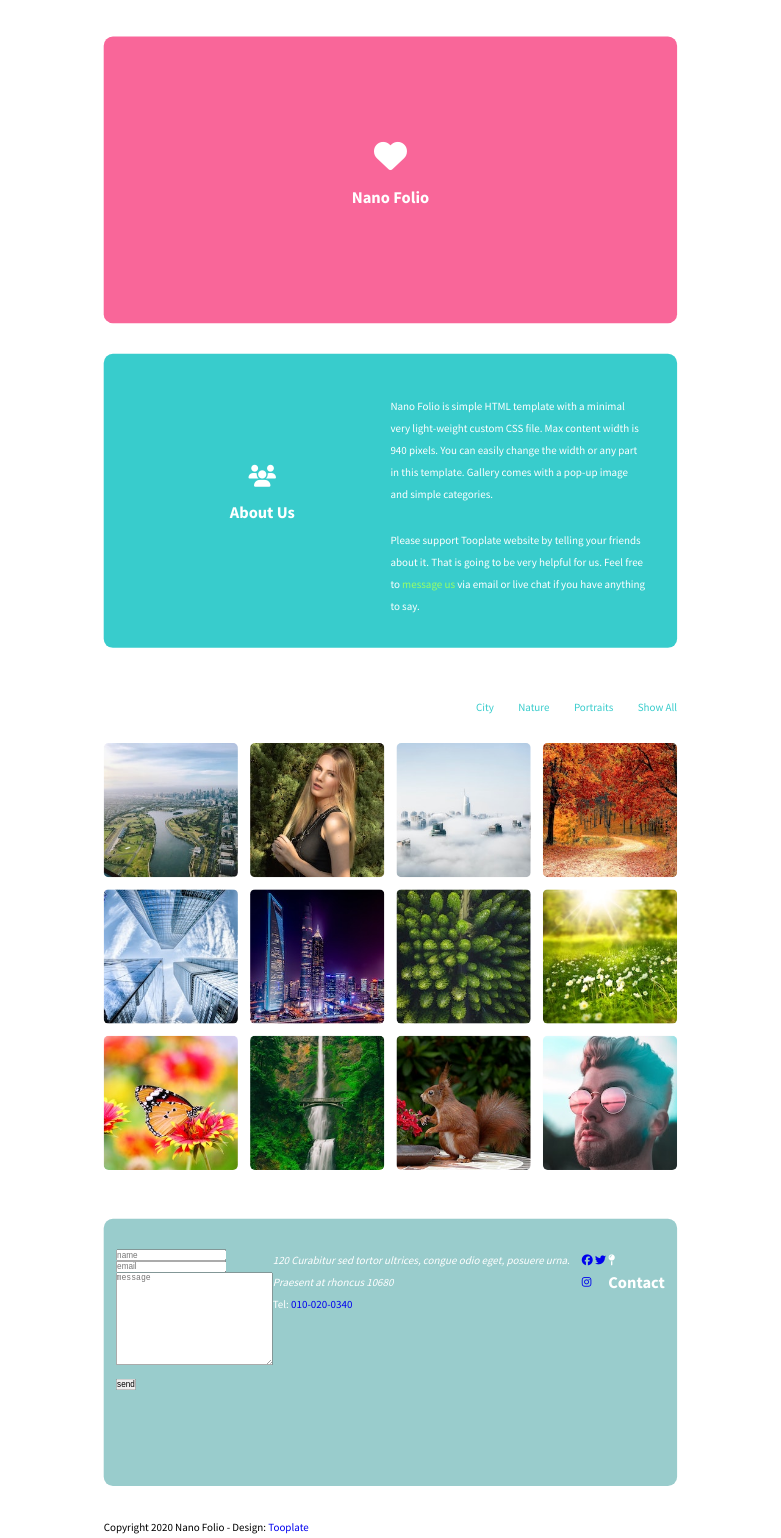
Repository: BuiVanVu102/Tooplate
Page: index.html
The author's editor kept a copy of each file at every save. The page is drawn from the files as they stood at one save, then again after the next save.
The browser window is 1280 px wide. The pictures show the whole page, at 61% of full size.
Some web libraries are served in a nearby version. The style sheet was rebuilt from its Sass, Less or Tailwind sources for each picture, by a compiler version that may differ from the author's.

Above is the page before, as saved 2021-11-16 16:31:02.

### index.html
<!DOCTYPE html>
<html lang="en">
<head>
	<meta charset="UTF-8">
	<meta http-equiv="X-UA-Compatible" content="IE=edge">
	<meta name="viewport" content="width=device-width, initial-scale=1.0">
	<link rel="preconnect" href="https://fonts.googleapis.com">
	<link rel="preconnect" href="https://fonts.gstatic.com" crossorigin>
	<link href="https://fonts.googleapis.com/css2?family=Source+Sans+Pro:wght@400;700&display=swap" rel="stylesheet">
	<link rel="stylesheet" href="./css/app.css">
	<title>Nano Folio - Live View</title>
</head>
<body>
		<div class="wrapper">
			<main>
				<section class="first">
					<div class="container">
						<div class="first__container">
							<i class="fas fa-heart fa-3x"></i>
							<h1 class="first__name">Nano Folio</h1>
						</div>
					</div>
				</section>
				<section class="about">
					<div class="container">
						<div class="about__container">
							<div class="about__heading">
								<i class="fas fa-users fa-2x"></i>
								<h2 class="about__name">
									About Us
								</h2>
							</div>
							<div class="about__desc">
								<p class="about__typography1">
									Nano Folio is simple HTML template with a minimal very light-weight custom CSS file. Max content width is 940 pixels. You can easily change the width or any part in this template. Gallery comes with a pop-up image and simple categories.
								</p>
								<p class="about__typography2">
									Please support Tooplate website by telling your friends about it. That is going to be very helpful for us. Feel free to <a rel="nofollow" href="https://www.tooplate.com/contact" target="_blank" style="color: #99FF66;">message us</a>  via email or live chat if you have anything to say.
								</p>
							</div>
						</div>
					</div>
				</section>
				<section class="show">
					<div class="container">
						<div class="show__container">
							<div class="show__header">
								<ul class="menu">
									<li class="menu__item"><a href="#!">City</a></li>
									<li class="menu__item"><a href="#!">Nature</a></li>
									<li class="menu__item"><a href="#!">Portraits</a></li>
									<li class="menu__item"><a href="#!">Show All</a></li>
								</ul>
							</div>
							<div class="show__list">
								<div class="show__img">
									<img src="./images/city-1.jpg" alt="">
								</div>
								<div class="show__img">
									<img src="./images/human-1.jpg" alt="">
								</div>
								<div class="show__img">
									<img src="./images/city-2.jpg" alt="">
								</div>
								<div class="show__img">
									<img src="./images/nature-1.jpg" alt="">
								</div>
								<div class="show__img">
									<img src="./images/city-3.jpg" alt="">
								</div>
								<div class="show__img">
									<img src="./images/city-4.jpg" alt="">
								</div>
								<div class="show__img">
									<img src="./images/nature-2.jpg" alt="">
								</div>
								<div class="show__img">
									<img src="./images/nature-3.jpg" alt="">
								</div>
								<div class="show__img">
									<img src="./images/nature-4.jpg" alt="">
								</div>
								<div class="show__img">
									<img src="./images/nature-5.jpg" alt="">
								</div>
								<div class="show__img">
									<img src="./images/nature-6.jpg" alt="">
								</div>
								<div class="show__img">
									<img src="./images/human-2.jpg" alt="">
								</div>

							</div>
						</div>
					</div>
				</section>
				<section class="form">
					<div class="container">
						<div class="form__container">
							<div class="form__submit">
								<input type="text" name="" id="" placeholder="name">
								<input type="email" name="" id="" placeholder="email">
								<textarea name="" id="" cols="30" rows="10" placeholder="message"></textarea>
								<button type="submit">send</button>
							</div>
							<div class="form__info">
								<address class="form__adress">120 Curabitur sed tortor ultrices, congue odio eget, posuere urna. Praesent at rhoncus 10680</address>
								<div class="form__phone">
									Tel: <a href="tel:0100200340">010-020-0340</a>
								</div>
							</div>
							<div class="form__network">
								<a href="https://facebook.com"><i class="fab fa-facebook"></i></a>
								<a href="https://twitter.com"><i class="fab fa-twitter"></i></a>
								<a href="https://instagram.com"><i class="fab fa-instagram"></i></a>

							</div>
							<div class="form__contact">
								<i class="fas fa-map-pin"></i>
								<h2 class="form__text">
									Contact
								</h2>
							</div>
						</div>
					</div>
				</section>
			</main>
			<footer class="footer">
				<div class="container">
					<div class="footer__container">

					Copyright 2020 Nano Folio - Design: <a rel="sponsored" href="https://www.tooplate.com">Tooplate</a>
					</div>
				</div>
			</footer>
		</div>
		<script src="https://kit.fontawesome.com/33b4a28a88.js" crossorigin="anonymous"></script>
</body>
</html>

### sass/app.scss
@import 'variable';
@import 'reset';
@import 'global';
@import 'first';
@import 'about';
@import 'show';
@import 'form';

### sass/_variable.scss
$font: 'Source Sans Pro', sans-serif;
$text-color: #ffff;
$title-color: #38cccc;

### sass/_reset.scss
html {
	box-sizing: border-box;
  }
  * {
	margin: 0;
	padding: 0;
  }
  *,
  *:before,
  *:after {
	box-sizing: border-box;
  }
  input,
  textarea,
  select,
  button {
	outline: none;
  }
  input {
	line-height: normal;
  }
  label,
  button {
	cursor: pointer;
  }
  a {
	text-decoration: none;
  }
  img {
	display: block;
	max-width: 100%;
  }

### sass/_global.scss
body {
	line-height: 2em;
	color: $font;
	font-size: 18px;
	font-family: $font;
	font-weight: 400;
	background-color: white;
	overflow-x: hidden;
}

.wrapper {
	max-width: 100%;
	margin: 0 auto;
}
.container {
	width: 100%;
	max-width: 970px;
	margin: 0 auto;
	padding: 0px 15px;
}

### sass/_first.scss
.first {
	margin-top: 60px;
	&__container{
		display: flex;
		flex-direction: column;
		justify-content: center;
		align-items: center;
		border-radius: 15px;
		max-width: 940px;
		height: 470px;
		background-color: #f96699;
		color: white;
		margin-bottom: 50px;

	}
	&__name {
		margin: 22px 0;
	}
}
.fa-hear:before {
	content: "\f004";
}

### sass/_about.scss
.about {
	margin-top: 0px;
	&__container {
		display: flex;
		justify-content: center;
		align-items: center;

		padding: 50px 50px;
		margin-bottom: 80px;

		height: 482px;
		max-width: 940px;
		background-color: #38cccc;
		color: white;

		border-radius: 15px;
	}
	&__heading {
		display: flex;
		flex-direction: column;
		align-items: center;
		justify-content: center;

		min-width: 420px;
	}
	&__name {
		margin:  22px 0;
		font-size: 1.5em;
		font-weight: bold;
	}
	&__decs {
		display: flex;
		flex-direction: column;
		justify-content: center;
		align-items: center;
	}
	&__typography1 {
		display: block;
		margin: 18px 0 40px;
		font: 18px;
	}
	&__typography2 {
		display: block;
		margin: 18px 0 0;
		font: 18px;
	}
}
.fa-user:before {
	content: "\f0c0";
}

### sass/_show.scss
.show {
	margin-bottom: 80px;
	&__container {
		display: block;
	}
	&__header {
		display: flex;
		justify-content: flex-end;
		align-items: center;
		margin-bottom: 40px;
		color: #38CCCC;
	}
	&__list {
		display: grid;
		grid-template-columns: repeat(4, 1fr);
		gap: 20px;

		position: relative;
	}
	&__img img{
		width: 220px;
		height: 220px;
		border-radius: 0.5rem;
	}

}

.menu {
	list-style: none;
	display: flex;
	align-items: center;
	gap: 0 40px;


	&__item a {
		color: inherit;
		font-size: 18px;
	}
	&__item a:focus{
		color: #f96699;
	}
}

### sass/_form.scss
.form {
	margin-bottom: 50px;
	&__container {
		display: flex;
		justify-content: space-between;
		align-self: center;

		max-width: 940px;
		height: 438px;

		color: white;
		background-color: #99CCCC;

		padding: 50px 20px;

		border-radius: 15px;
	}
	&__submit  input{
		display: flex;
		flex-direction: column;
	}
}

After the next save:
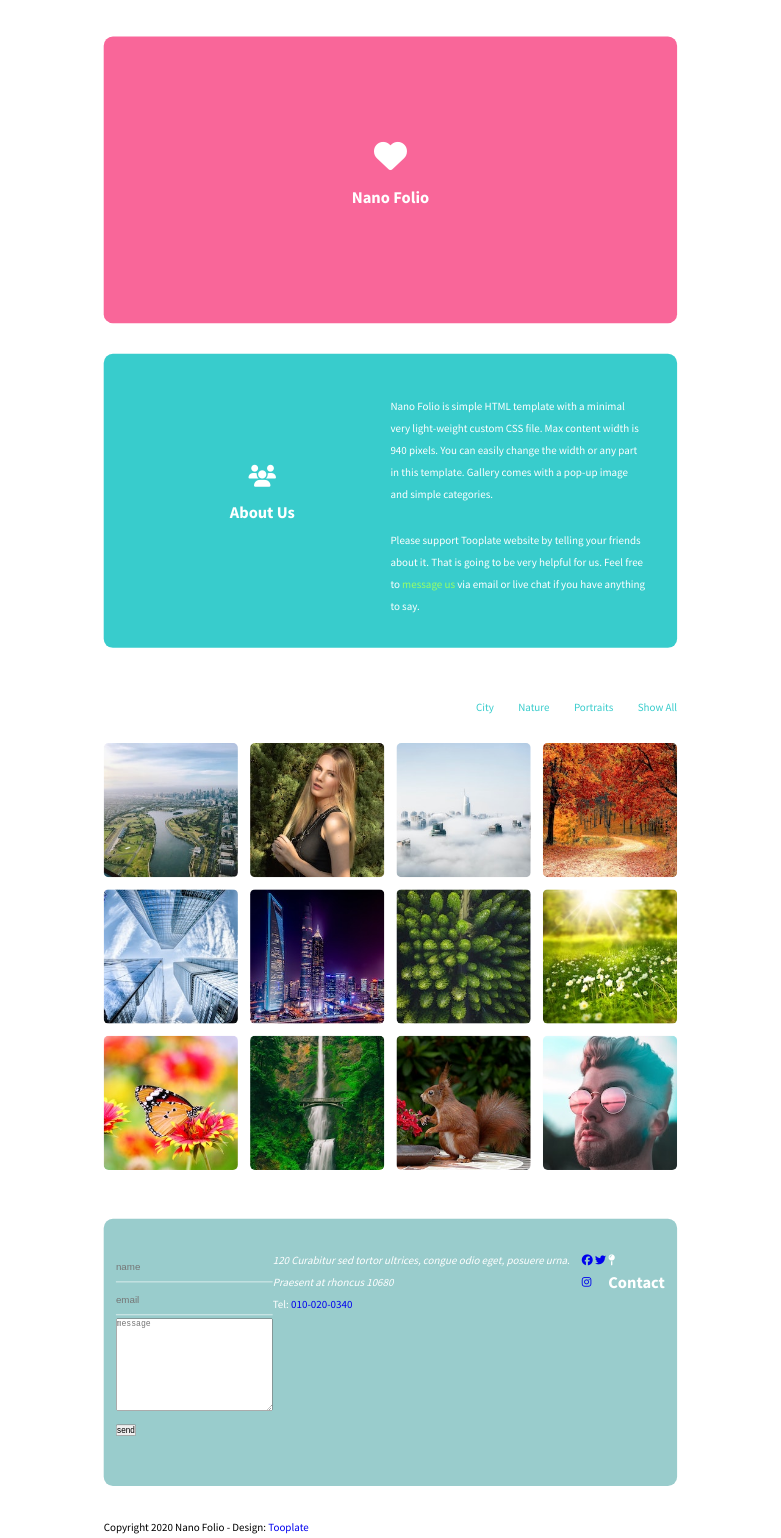
Saved 8 s later.
--- a/sass/_form.scss
+++ b/sass/_form.scss
@@ -18,5 +18,14 @@
 	&__submit  input{
 		display: flex;
 		flex-direction: column;
+
+		font-size: 1rem;
+		background: transparent;
+		border: 0;
+		border-bottom: 1px solid white;
+		padding: 15px 0;
+		margin-top: 5px;
+		margin-bottom: 5px;
+		width: 100%;
 	}
 }
